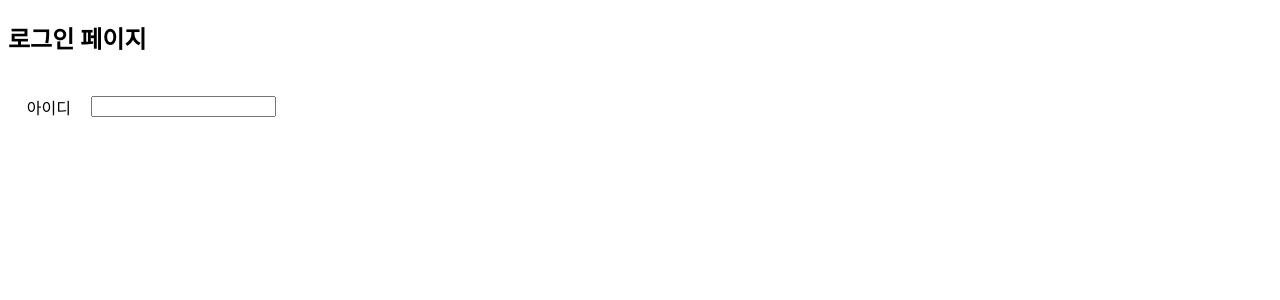
Repository: SuperHamzzi/JSPStudy
Page: http://localhost/JSP01/RequestLogin.jsp
These files come from the project's save history. The page is drawn as it stood at one moment and after the next save; the edit follows.
The browser window is 1280 px wide. The pictures show the whole page.
The page is served by Tomcat 9.

Above is the page before, as saved 2023-06-04 08:24:03.

After the next save:
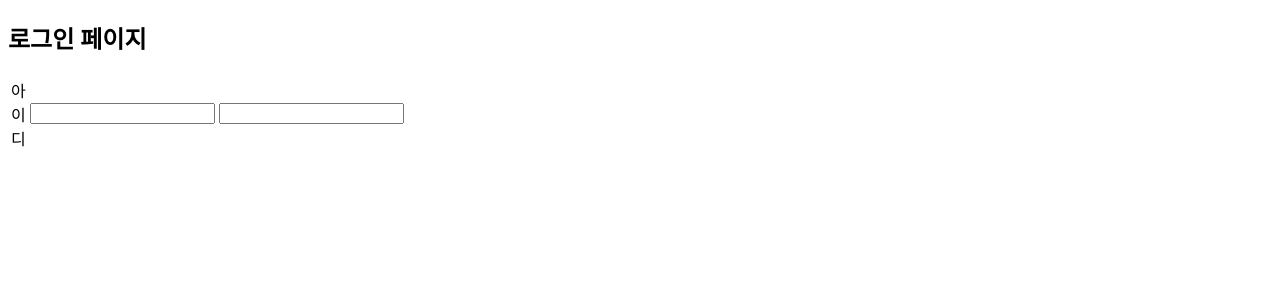
Saved 45 s later.
--- a/JSP01/WebContent/RequestLogin.jsp
+++ b/JSP01/WebContent/RequestLogin.jsp
@@ -15,7 +15,10 @@
 	<tr height="60">
 		<td align="center" width="150"> 아이디</td>
 		<td align="left" width="250">
-			<input type="text">
+			<input type="text" name="id">
+		</td>
+		<td align="left" width="250">
+			<input type="text" name="id">
 		</td>
 
 	</table>
